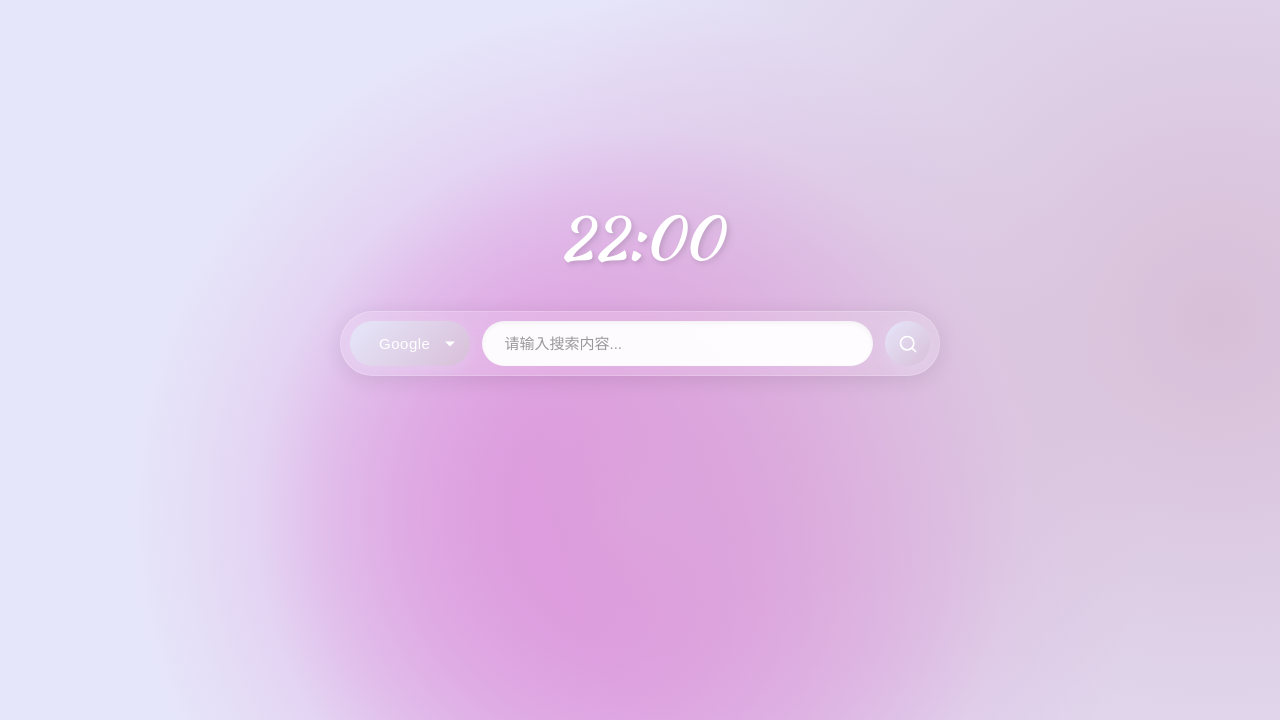
Repository: RADEKWRLD/NaviR
Page: index.html
These files come from the project's save history. The page is drawn as it stood at one moment and after the next save; the edit follows.
The browser window is 1280 px wide. The pictures show the whole page.

Above is the page before, as saved 2025-05-23 23:22:20.
Console error: TypeError: Cannot read properties of null (reading 'appendChild')

After the next save:
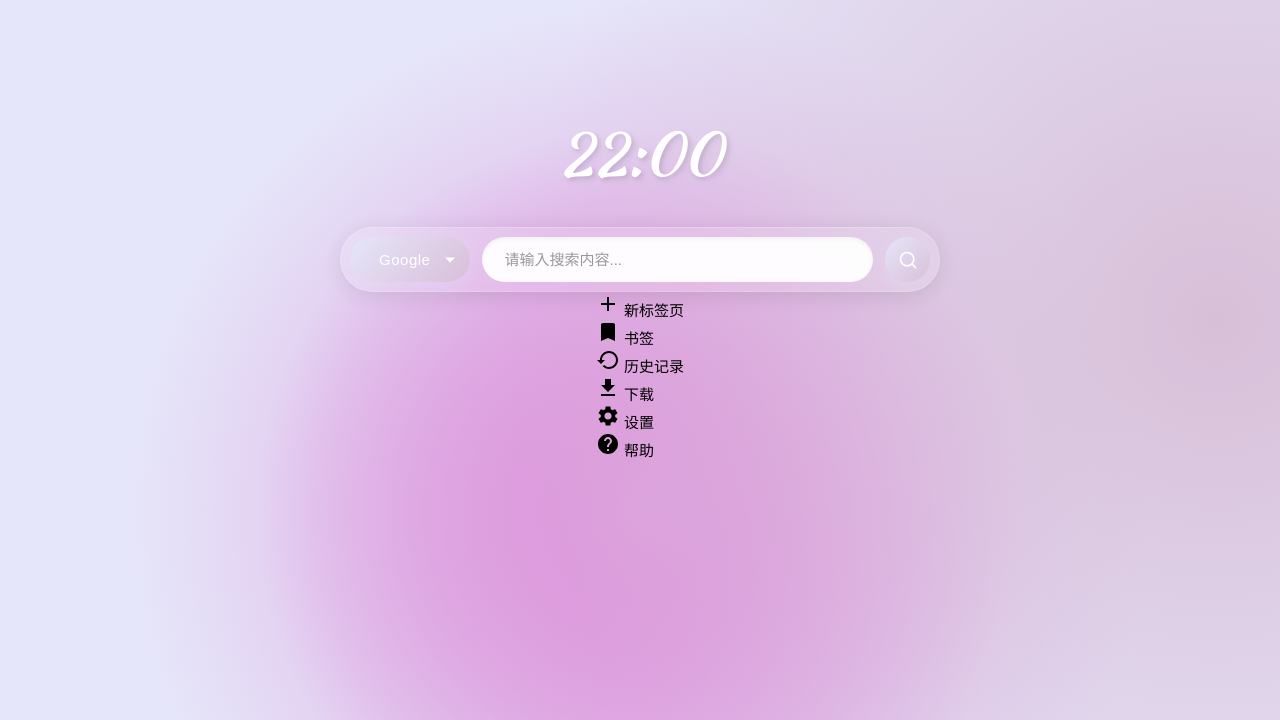
Saved 2 min 49 s later.
--- a/index.html
+++ b/index.html
@@ -63,13 +63,48 @@
             </form>
         </div>
 
-
-
-
+        <!-- Context Menu -->
+        <div id="context-menu" class="context-menu">
+            <div class="context-menu-grid">
+                <div class="context-menu-item" data-action="new-tab">
+                    <svg viewBox="0 0 24 24" width="24" height="24">
+                        <path fill="currentColor" d="M19 13h-6v6h-2v-6H5v-2h6V5h2v6h6v2z"/>
+                    </svg>
+                    <span>新标签页</span>
+                </div>
+                <div class="context-menu-item" data-action="bookmarks">
+                    <svg viewBox="0 0 24 24" width="24" height="24">
+                        <path fill="currentColor" d="M17 3H7c-1.1 0-2 .9-2 2v16l7-3 7 3V5c0-1.1-.9-2-2-2z"/>
+                    </svg>
+                    <span>书签</span>
+                </div>
+                <div class="context-menu-item" data-action="history">
+                    <svg viewBox="0 0 24 24" width="24" height="24">
+                        <path fill="currentColor" d="M13 3c-4.97 0-9 4.03-9 9H1l4 3.99L9 12H6c0-3.87 3.13-7 7-7s7 3.13 7 7-3.13 7-7 7c-1.93 0-3.68-.79-4.94-2.06l-1.42 1.42C8.27 19.99 10.51 21 13 21c4.97 0 9-4.03 9-9s-4.03-9-9-9z"/>
+                    </svg>
+                    <span>历史记录</span>
+                </div>
+                <div class="context-menu-item" data-action="downloads">
+                    <svg viewBox="0 0 24 24" width="24" height="24">
+                        <path fill="currentColor" d="M19 9h-4V3H9v6H5l7 7 7-7zM5 18v2h14v-2H5z"/>
+                    </svg>
+                    <span>下载</span>
+                </div>
+                <div class="context-menu-item" data-action="settings">
+                    <svg viewBox="0 0 24 24" width="24" height="24">
+                        <path fill="currentColor" d="M19.14 12.94c.04-.3.06-.61.06-.94 0-.32-.02-.64-.07-.94l2.03-1.58c.18-.14.23-.41.12-.61l-1.92-3.32c-.12-.22-.37-.29-.59-.22l-2.39.96c-.5-.38-1.03-.7-1.62-.94l-.36-2.54c-.04-.24-.24-.41-.48-.41h-3.84c-.24 0-.43.17-.47.41l-.36 2.54c-.59.24-1.13.57-1.62.94l-2.39-.96c-.22-.08-.47 0-.59.22L2.74 8.87c-.12.21-.08.47.12.61l2.03 1.58c-.05.3-.07.62-.07.94s.02.64.07.94l-2.03 1.58c-.18.14-.23.41-.12.61l1.92 3.32c.12.22.37.29.59.22l2.39-.96c.5.38 1.03.7 1.62.94l.36 2.54c.05.24.24.41.48.41h3.84c.24 0 .44-.17.47-.41l.36-2.54c.59-.24 1.13-.56 1.62-.94l2.39.96c.22.08.47 0 .59-.22l1.92-3.32c.12-.22.07-.47-.12-.61l-2.01-1.58zM12 15.6c-1.98 0-3.6-1.62-3.6-3.6s1.62-3.6 3.6-3.6 3.6 1.62 3.6 3.6-1.62 3.6-3.6 3.6z"/>
+                    </svg>
+                    <span>设置</span>
+                </div>
+                <div class="context-menu-item" data-action="help">
+                    <svg viewBox="0 0 24 24" width="24" height="24">
+                        <path fill="currentColor" d="M12 2C6.48 2 2 6.48 2 12s4.48 10 10 10 10-4.48 10-10S17.52 2 12 2zm1 17h-2v-2h2v2zm2.07-7.75l-.9.92C13.45 12.9 13 13.5 13 15h-2v-.5c0-1.1.45-2.1 1.17-2.83l1.24-1.26c.37-.36.59-.86.59-1.41 0-1.1-.9-2-2-2s-2 .9-2 2H8c0-2.21 1.79-4 4-4s4 1.79 4 4c0 .88-.36 1.68-.93 2.25z"/>
+                    </svg>
+                    <span>帮助</span>
+                </div>
+            </div>
+        </div>
     </div>
-
-
-
 
     <script src="main/script.js"></script>
 </body>
